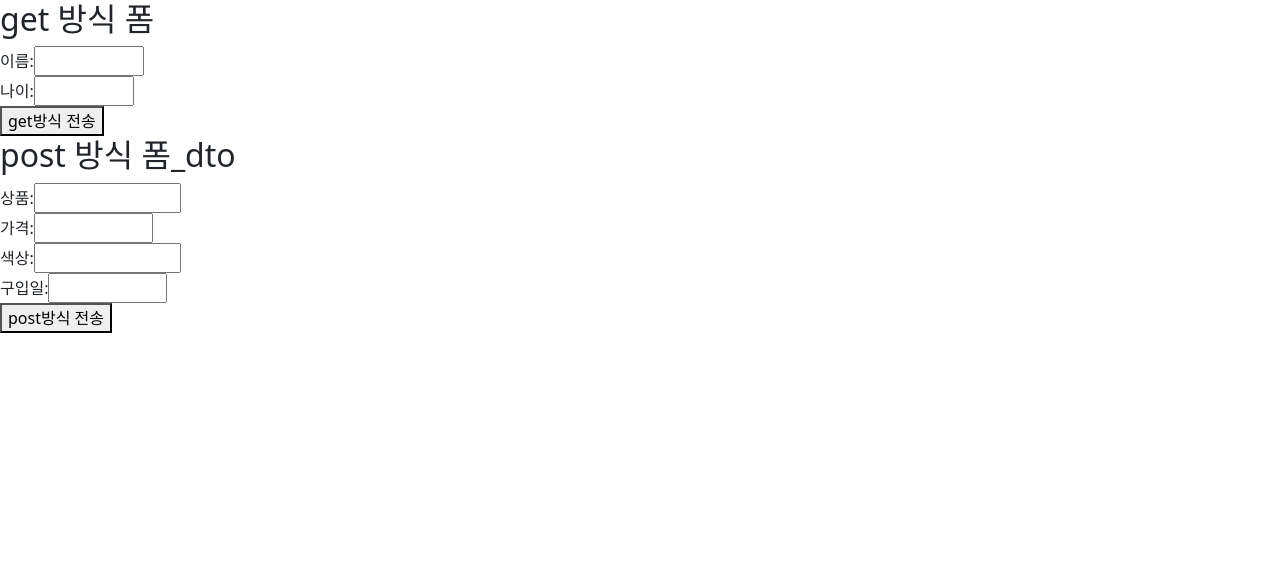
Repository: handongheee/Sist0103Project
Page: http://localhost/SpringMvcEx04/WEB-INF/shop/form01.jsp
These files come from the project's save history. The page is drawn as it stood at one moment and after the next save; the edit follows.
The browser window is 1280 px wide. The pictures show the whole page.
Some web fonts or font styles are not loaded; a fallback is used. The page is served by Tomcat 9. Nobody is signed in. Other server files are loaded and not shown. The template is opened directly, without the code that normally fills it, so the values that code supplies are empty.

Above is the page before, as saved 2024-05-02 07:18:28.

### sts3work/SpringMvcEx04/src/main/webapp/WEB-INF/shop/form01.jsp
<%@ page language="java" contentType="text/html; charset=UTF-8"
    pageEncoding="UTF-8"%>
<%@taglib prefix="c" uri="http://java.sun.com/jsp/jstl/core" %>
<%@taglib prefix="fmt"	uri="http://java.sun.com/jsp/jstl/fmt" %>
<!DOCTYPE html>
<html>
<head>
<meta charset="UTF-8">
<script src="https://code.jquery.com/jquery-3.7.0.js"></script>
<script src="https://cdn.jsdelivr.net/npm/bootstrap@5.3.2/dist/js/bootstrap.bundle.min.js"></script>
<link
href="https://fonts.googleapis.com/css2?family=Dongle&family=Gamja+Flower&family=Gowun+Dodum&family=IBM+Plex+Sans+KR&family=Noto+Sans+KR:wght@100..900&display=swap"
rel="stylesheet">
<link href="https://cdn.jsdelivr.net/npm/bootstrap@5.3.2/dist/css/bootstrap.min.css" rel="stylesheet">
<title>Insert title here</title>
</head>
<body>
	<h2>get 방식 폼</h2>
	<form action="read01" method="get">
		이름:<input type="text" name="name" size="6"> <br>
		나이:<input type="text" name="age" size="5"> <br>
		<button type="submit">get방식 전송</button>
	</form>

	<h2>post 방식 폼_dto</h2>
	<form action="read02" method="post">
		상품:<input type="text" name="sang" size="10"> <br>
		가격:<input type="text" name="price" size="7"> <br>
		색상:<input type="text" name="color" size="10"> <br>
		구입일:<input type="text" name="guipday" size="7"> <br>
		<button type="submit">post방식 전송</button>
	</form>
</body>
</html>

After the next save:
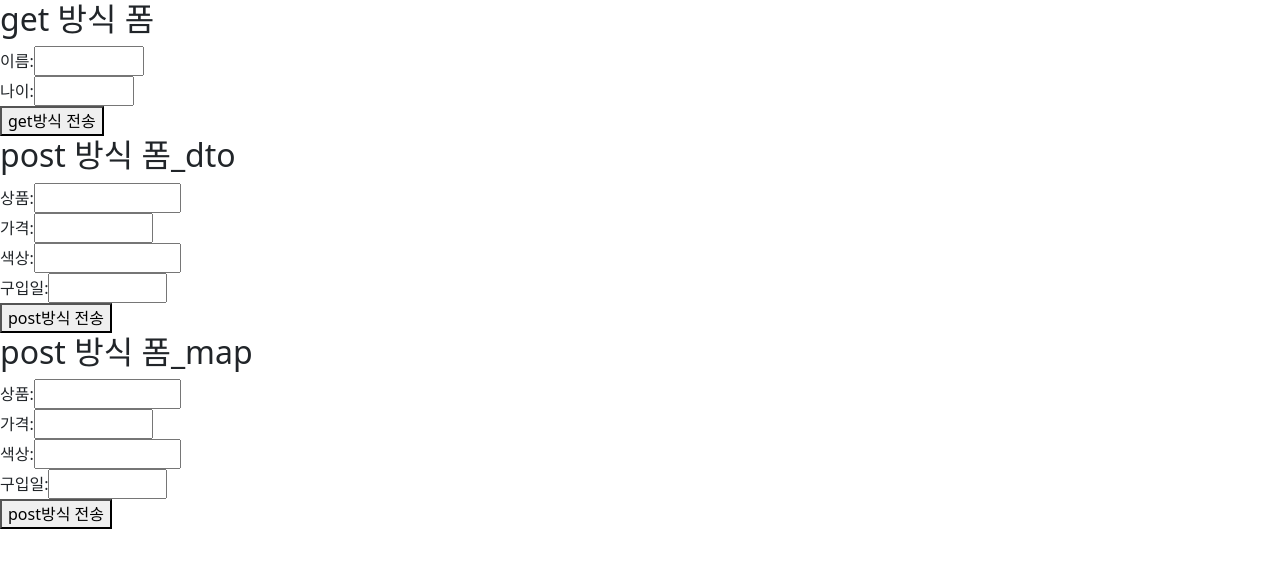
Saved 2 min 17 s later.
--- a/sts3work/SpringMvcEx04/src/main/webapp/WEB-INF/shop/form01.jsp
+++ b/sts3work/SpringMvcEx04/src/main/webapp/WEB-INF/shop/form01.jsp
@@ -30,5 +30,14 @@ rel="stylesheet">
 		구입일:<input type="text" name="guipday" size="7"> <br>
 		<button type="submit">post방식 전송</button>
 	</form>
+
+	<h2>post 방식 폼_map</h2>
+	<form action="read02" method="post">
+		상품:<input type="text" name="sang" size="10"> <br>
+		가격:<input type="text" name="price" size="7"> <br>
+		색상:<input type="text" name="color" size="10"> <br>
+		구입일:<input type="text" name="guipday" size="7"> <br>
+		<button type="submit">post방식 전송</button>
+	</form>
 </body>
 </html>
